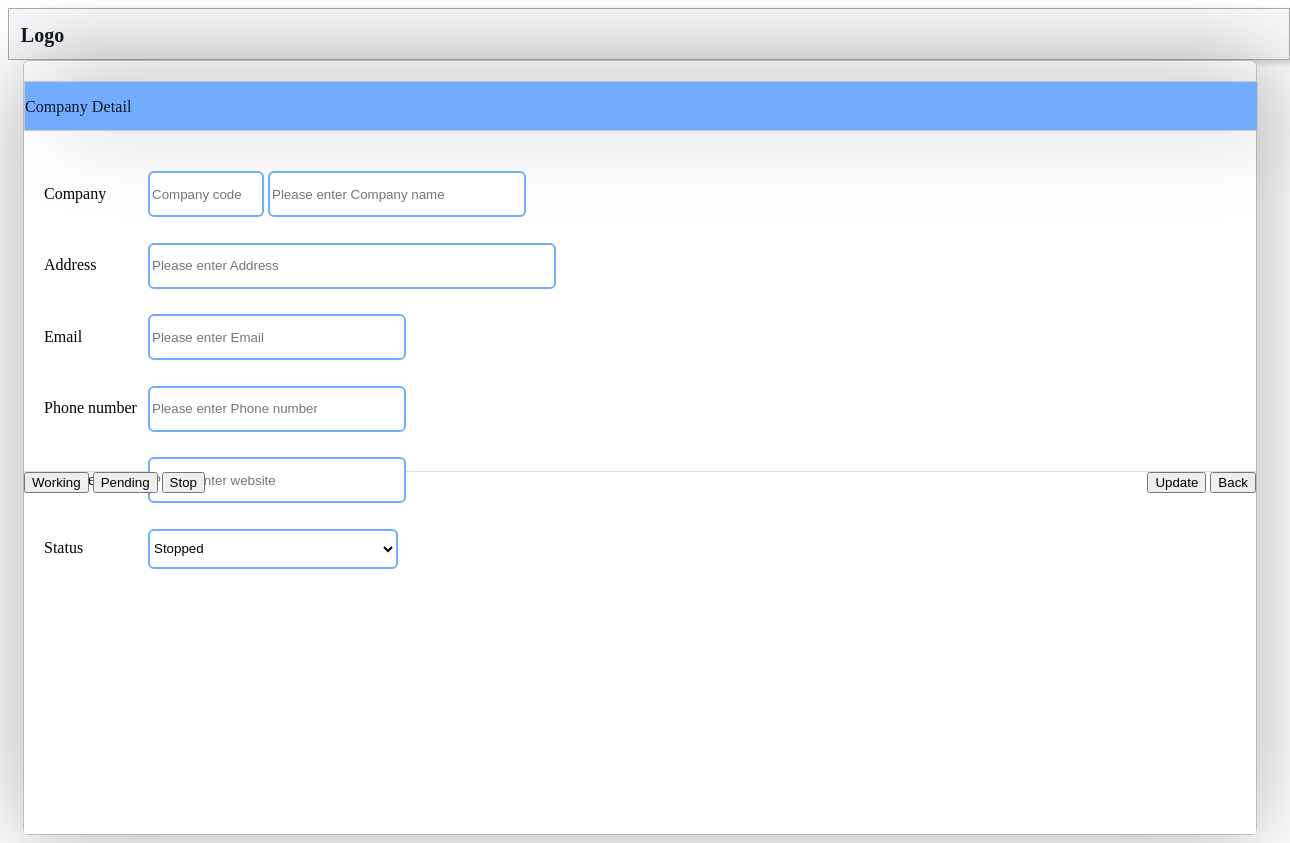
Repository: Zain1409/company
Page: client/html/CompanyDetail.html
The author's editor kept a copy of each file at every save. The page is drawn from the files as they stood at one save, then again after the next save.
The browser window is 1280 px wide. The page is 1290 px wide, so the pictures cover 1290 px, including what lies to the right of the window. The pictures show the whole page.

Above is the page before, as saved 2021-04-04 21:39:11.

After the next save:
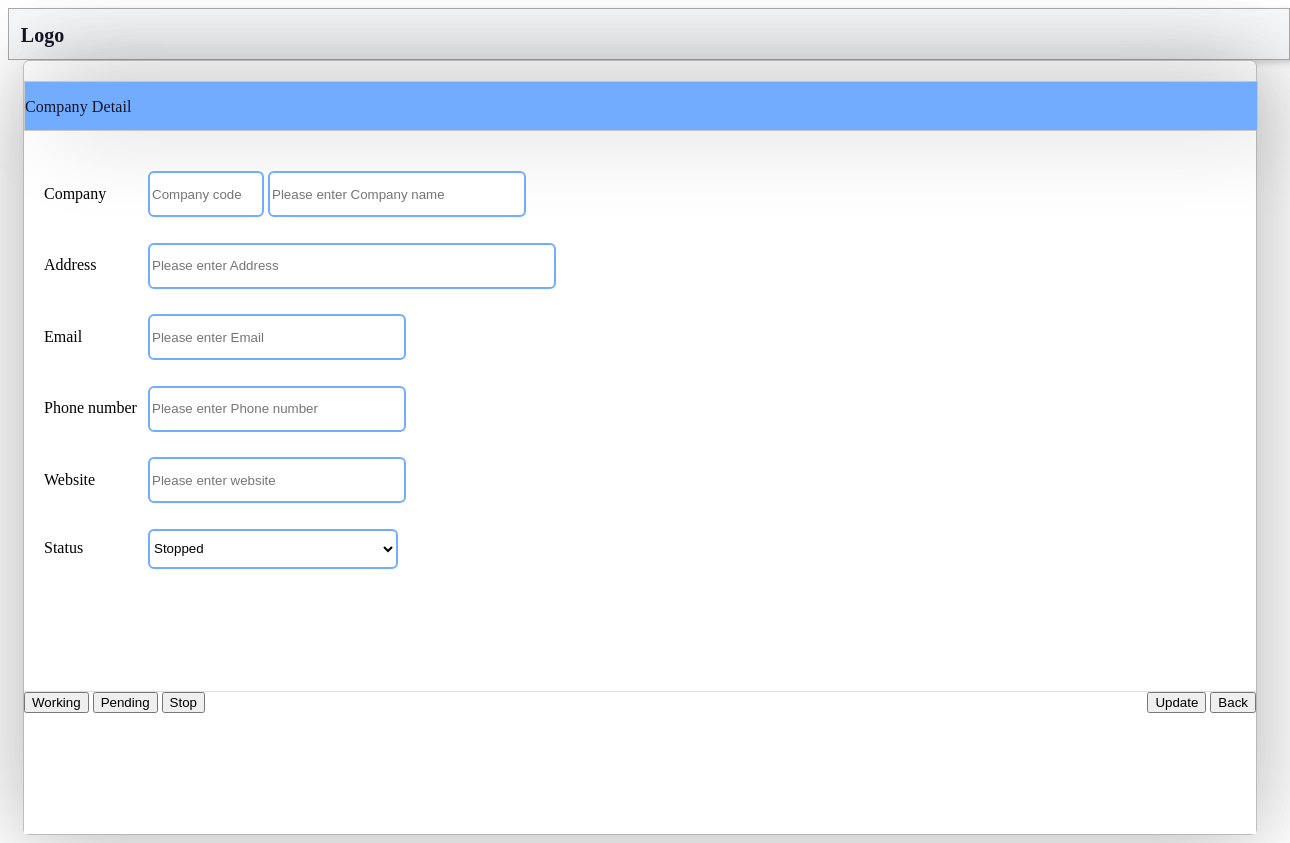
Saved 30 s later.
--- a/client/css/CompanyDetail.css
+++ b/client/css/CompanyDetail.css
@@ -64,7 +64,7 @@
 #form{
     width: 600px;
     float: left;
-    height: 280px;
+    height: 500px;
     margin: 20px;
     padding-top: 20px;
 
